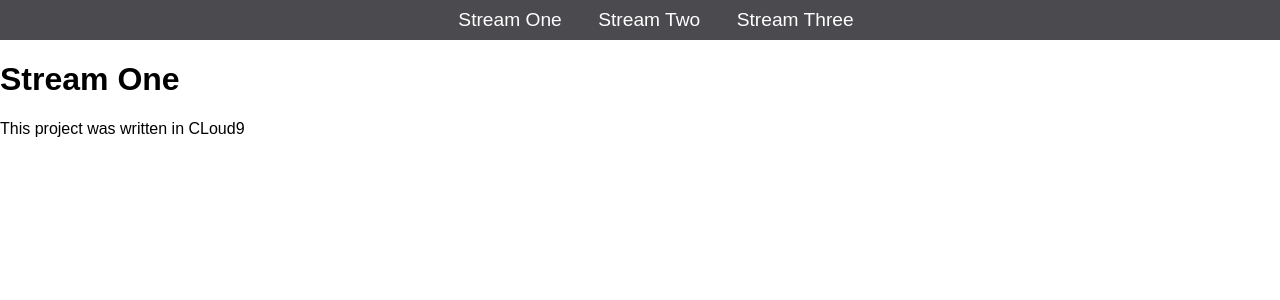
Repository: AidanJReid/first-website
Page: stream-one.html
The author's editor kept a record of every edit. The page is drawn from the files as they stood at one moment, then again after the next edit.
The browser window is 1280 px wide. The pictures show the whole page.

Above is the page before.

### stream-one.html
<html>
    <head>
        <title>Hello world!</title>
        <link rel="stylesheet" href="css/style.css" type="text/css" />
    </head>
    <body>
        <nav>
            <ul>
                <li><a href="stream-one.html">Stream One</a></li>
                <li><a href="stream-two.html">Stream Two</a></li>
                <li><a href="stream-three.html">Stream Three</a></li>
            </ul>
        </nav>
        <h1>Stream One</h1>
        <p>This project was written in CLoud9</p>
    </body>
</html>

### CSS/style.css
body {
    margin: 0;
    padding: 0;
    font-family: "Oswald", sans-serif;
}

nav ul {
    list-style: none;
    background-color: #4a4a4f;
    text-align: center;
    margin: 0;
    padding: 0;
}

nav li {
    font-size: 1.2em;
    line-height: 40px;
    height: 40px;
    display: inline-block;
    margin-left: 2.5%;
}

nav a {
    text-decoration: none;
    color: #ffffff;
    display: block;
}

nav a:hover {
    background-color: #ffffff;
    color: #4a4a4f;
}

After the next edit:
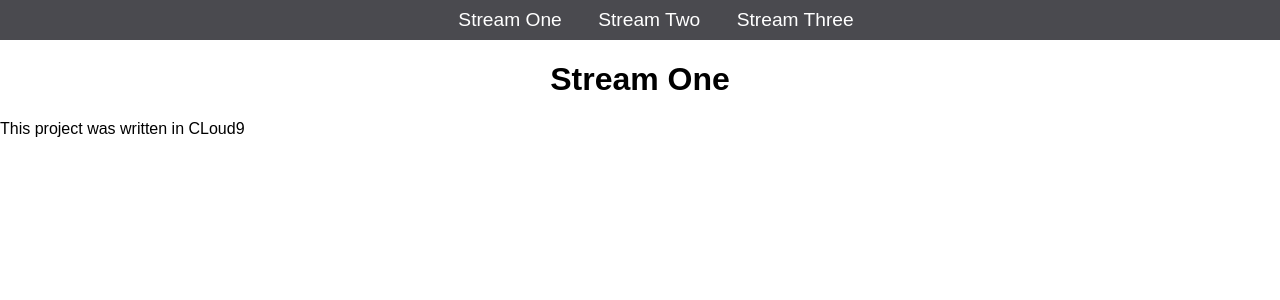
The edit:
--- a/CSS/style.css
+++ b/CSS/style.css
@@ -1,7 +1,7 @@
 body {
     margin: 0;
     padding: 0;
-    font-family: "Oswald", sans-serif;
+    font-family: 'Oswald', sans-serif;
 }
 
 nav ul {
@@ -30,3 +30,21 @@
     background-color: #ffffff;
     color: #4a4a4f;
 }
+
+.card {
+    float:left;
+    width:20%;
+    margin-left:10%;
+}
+
+.card a {
+    text-align:center;
+}
+
+img {
+    width: 100%;
+}
+
+h1 {
+    text-align: center;
+}
